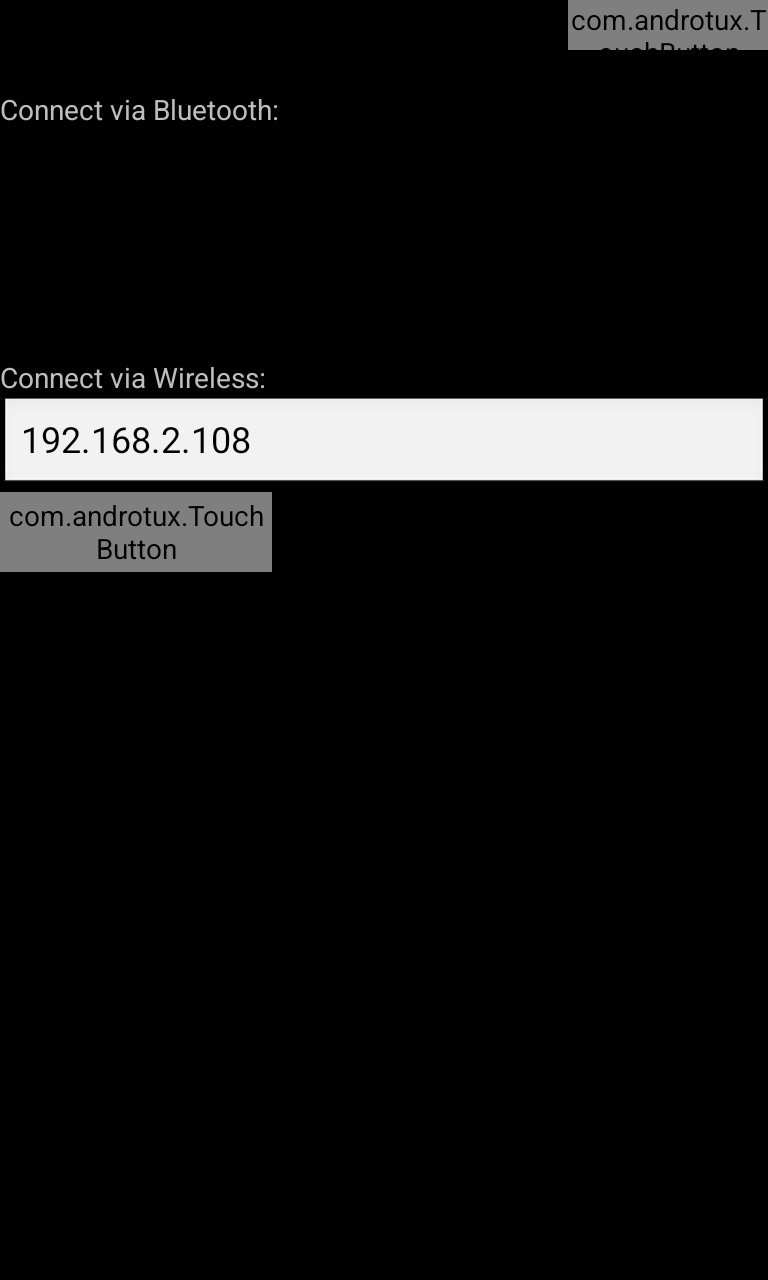
Repository: itayrom/androtux
Layout: app/AndroTux/res/layout/fragment_settings.xml
The author's editor kept a copy of each file at every save. The layout is drawn from the files as they stood at one save, then again after the next save.
Pictures or frames that could not be fetched are drawn as grey boxes. It is drawn on a 768 x 1280 px phone screen (xhdpi) without system bars, with theme android:Theme.NoTitleBar.Fullscreen; the app's code is not run. Lists and similar views that code fills are empty.

Above is the layout before, as saved 2014-09-09 12:40:18.

### app/AndroTux/res/layout/fragment_settings.xml
<!--
  Android Remote for Tux (AndroTux)
  Copyright (C) 2014 Itay Rom <1t4yr0m@gmail.com> Tal Sabo <tal.sabo@gmail.com>

  This program is free software: you can redistribute it and/or modify
  it under the terms of the GNU General Public License as published by
  the Free Software Foundation, either version 3 of the License, or
  (at your option) any later version.

  This program is distributed in the hope that it will be useful,
  but WITHOUT ANY WARRANTY; without even the implied warranty of
  MERCHANTABILITY or FITNESS FOR A PARTICULAR PURPOSE.  See the
  GNU General Public License for more details.

  You should have received a copy of the GNU General Public License
  along with this program.  If not, see <http://www.gnu.org/licenses/>.
-->
<LinearLayout xmlns:android="http://schemas.android.com/apk/res/android"
    xmlns:app="http://schemas.android.com/apk/res/com.androtux"
    android:layout_width="fill_parent"
    android:layout_height="fill_parent"
    android:orientation="vertical">

    <LinearLayout
        android:orientation="horizontal"
        android:layout_width="match_parent"
        android:layout_height="45dp"
        android:gravity="right">

        <com.androtux.TouchButton
	        android:id="@+id/btnDisconnect"
	        android:layout_width="100dp"
	        android:layout_height="25dp"
	        app:enabled="true"
	        android:text="Disconnect" />

    </LinearLayout>

    <TextView
        android:layout_width="fill_parent"
        android:layout_height="wrap_content"
        android:text="Connect via Bluetooth:"/>

    <ListView
        android:id="@+id/lvPaired"
        android:layout_width="match_parent"
        android:layout_height="100dp">
    </ListView>

    <TextView
        android:layout_width="fill_parent"
        android:layout_height="wrap_content"
        android:layout_marginTop="15dp"
        android:text="Connect via Wireless:" />

    <EditText
        android:id="@+id/txtWirelessIp"
        android:layout_width="match_parent"
        android:layout_height="wrap_content"
        android:text="192.168.2.108"
        android:ems="10">
	</EditText>

    <com.androtux.TouchButton
        android:id="@+id/btnConnectWireless"
        android:layout_width="136dp"
        android:layout_height="40dp"
        app:enabled="true"
        android:text="Connect" />

</LinearLayout>

After the next save:
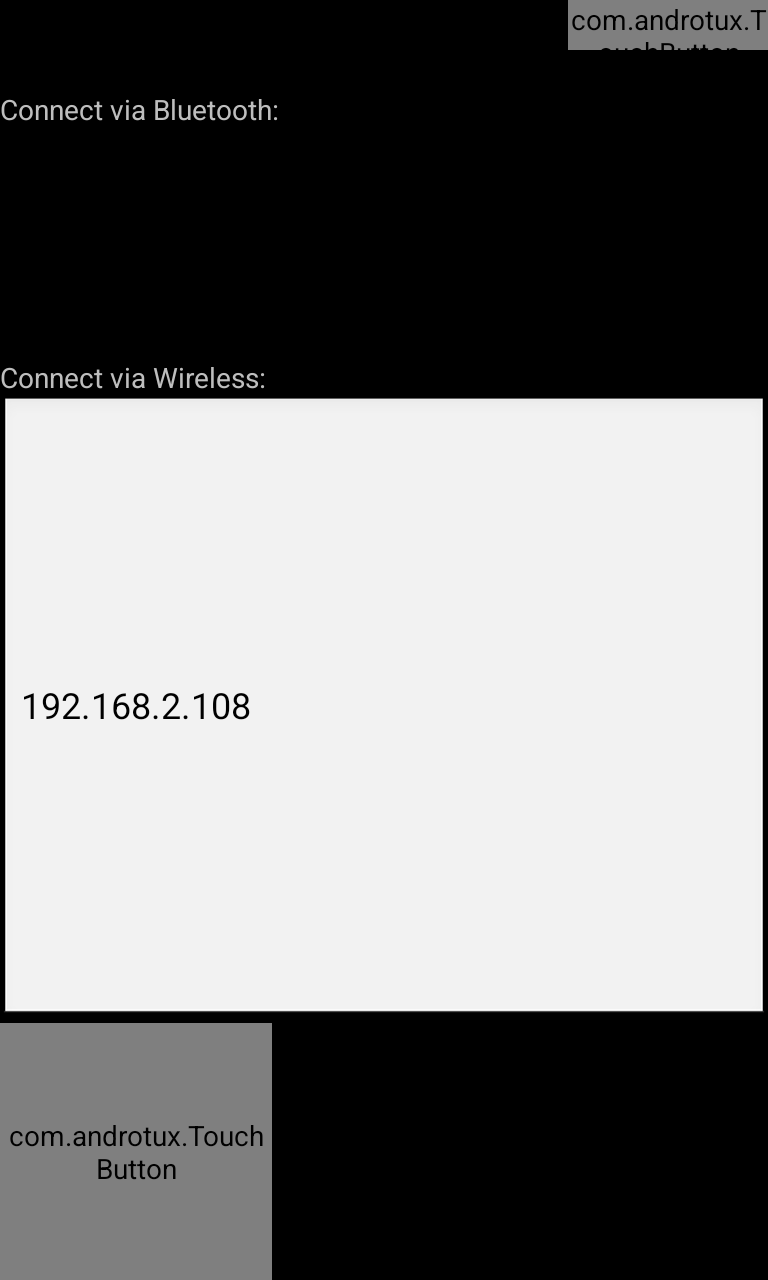
Saved 2 min 20 s later.
--- a/app/AndroTux/res/layout/fragment_settings.xml
+++ b/app/AndroTux/res/layout/fragment_settings.xml
@@ -57,6 +57,7 @@
         android:id="@+id/txtWirelessIp"
         android:layout_width="match_parent"
         android:layout_height="wrap_content"
+        android:layout_weight="0.75"
         android:text="192.168.2.108"
         android:ems="10">
 	</EditText>
@@ -66,6 +67,7 @@
         android:layout_width="136dp"
         android:layout_height="40dp"
         app:enabled="true"
+        android:layout_weight="0.25"
         android:text="Connect" />
 
 </LinearLayout>
